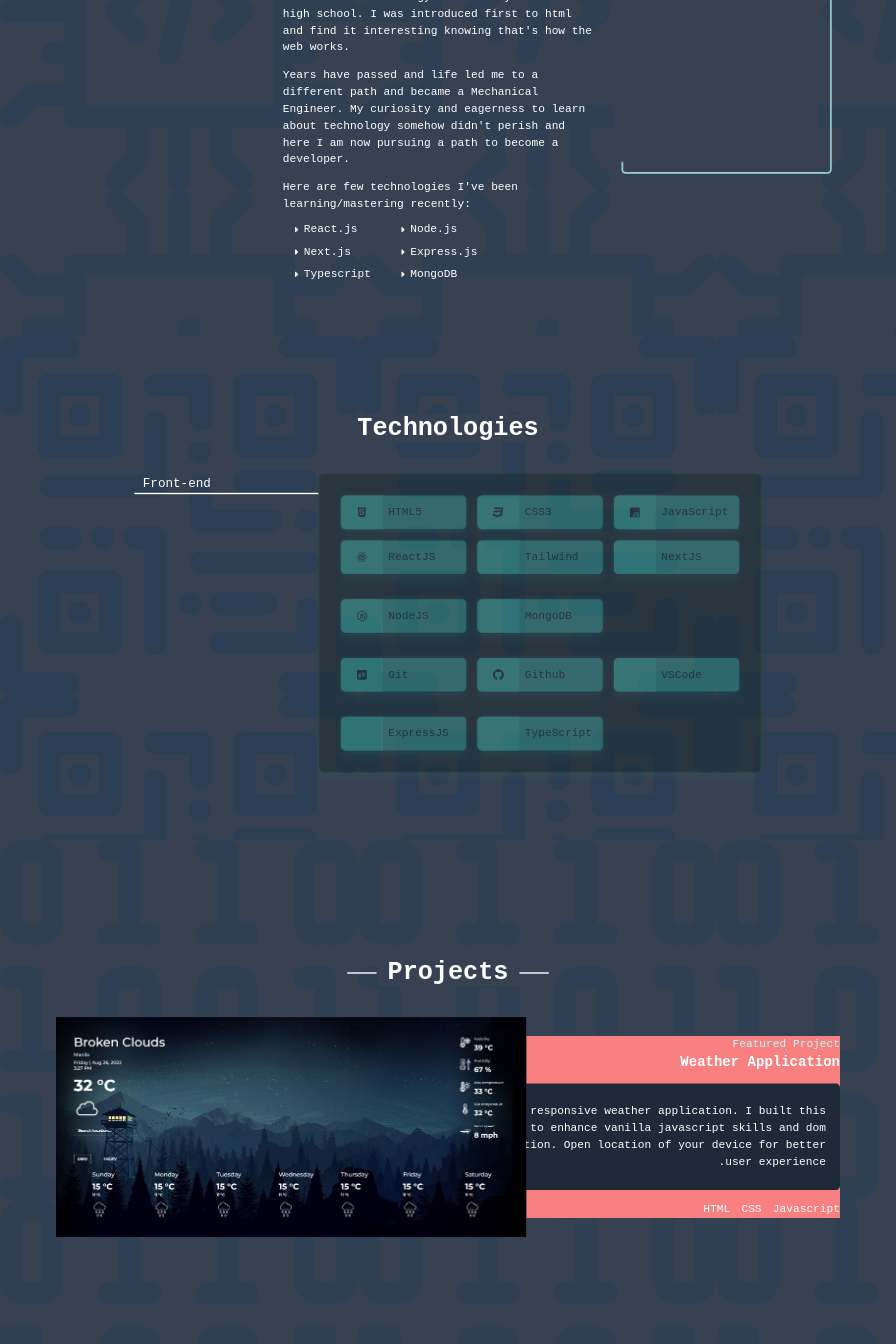
Repository: riandev25/nextjs-portfolio
Page: /
The author's editor kept a copy of each file at every save. The page is drawn from the files as they stood at one save, then again after the next save.
The browser window is 1280 px wide. The pictures show the part of the page from y = 960 to 2880 px (the page is 2880 px tall), at 70% of full size.
Backgrounds fixed to the window are drawn as part of the page. The project was rebuilt for these pictures with package versions that can differ from the ones it lists, and the page was loaded fresh each time. The framework's server and built-in components were replaced by stand-ins that run in the browser. Also part of the build but not shown: next.config.js, components/Home/Keyboard/index.module.css, components/Home/Keyboard/index.jsx.

Above is the page before, as saved 2022-11-12 20:52:25.

### pages/_app.jsx
import Head from 'next/head';
import link from 'next/link';
import '../styles/globals.css';

import Layout from '../components/Layout';
import { ParallaxProvider } from 'react-scroll-parallax';

function MyApp({ Component, pageProps }) {
  return (
    <ParallaxProvider>
      <Head>
        <title>Rian Miguel Engracia</title>
        <meta name='viewport' content='initial-scale=1.0, width=device-width' />
        <link
          rel='apple-touch-icon'
          sizes='180x180'
          href='/apple-touch-icon.png'
        />
        <link
          rel='icon'
          type='image/png'
          sizes='32x32'
          href='/favicon-32x32.png'
        />
        <link
          rel='icon'
          type='image/png'
          sizes='16x16'
          href='/favicon-16x16.png'
        />
        <link rel='manifest' href='/site.webmanifest' />
        <link rel='mask-icon' href='/safari-pinned-tab.svg' color='#5bbad5' />
        <meta name='msapplication-TileColor' content='#2d89ef' />
        <meta name='theme-color' content='#ffffff' />
      </Head>
      <Layout>
        <Component {...pageProps} />
      </Layout>
    </ParallaxProvider>
  );
}

export default MyApp;

### pages/index.jsx
import Head from 'next/head';
import Image from 'next/image';
import Home from '../components/Home/Home';
import { Fragment } from 'react';
import Header from '../components/Header';
import About from '../components/About';
import Technologies from '../components/Technologies';
import Projects from '../components/Projects';

export default function Page() {
  return (
    <Fragment>
      <Header />
      <Home />
      <About />
      <Technologies />
      <Projects title='Projects' />
    </Fragment>
  );
}

### styles/globals.css
@tailwind base;
@tailwind components;
@tailwind utilities;

html,
body {
  padding: 0;
  margin: 0;
  /* font-family: 'Roboto', sans-serif; */
  font-family: monospace, sans-serif;
}

a {
  color: inherit;
  text-decoration: none;
}

* {
  box-sizing: border-box;
}

.image-filter {
  /* filter: invert(93%) sepia(19%) saturate(586%) hue-rotate(121deg)
    brightness(102%) contrast(97%); */
  filter: invert(93%) sepia(69%) saturate(347%) hue-rotate(120deg)
    brightness(104%) contrast(97%);
  opacity: 0.3;
  transition: filter 0.3s, opacity 0.3s;
}

.image-filter:hover {
  filter: none;
  opacity: 1;
}

@media (prefers-color-scheme: dark) {
  html {
    color-scheme: dark;
  }
  body {
    color: white;
    background: black;
  }
}

### components/Layout/index.jsx
import Header from '../Header';
import Email from '../Header/Email';

const Layout = ({ children }) => {
  return (
    <div className='relative w-full h-full bg-gray-700' dir='ltr'>
      <Header />
      <Email />
      {children}
    </div>
  );
};

export default Layout;

### components/Home/Home.jsx
import Link from 'next/link';
import Image from 'next/future/image';
import { useParallax } from 'react-scroll-parallax';
import styles from './index.module.css';
import DevImage from '../../assets/images/dev-image.svg';
import GithubImage from '../../assets/images/github-neon-fill.png';
import LinkedinImage from '../../assets/images/linkedin-neon-fill.png';
import FacebookImage from '../../assets/images/facebook-neon-fill.png';
import Keyboard from './Keyboard';
import { useState } from 'react';

export const images = [
  {
    id: 'github',
    imgSrc: GithubImage,
    link: 'https://github.com/riandev25',
  },
  {
    id: 'linkedin',
    imgSrc: LinkedinImage,
    link: 'https://www.linkedin.com/in/rian-miguel-engracia/',
  },
  {
    id: 'facebook',
    imgSrc: FacebookImage,
    link: 'https://web.facebook.com/rianmiguel.engracia',
  },
  {
    id: 'email',
    email: 'rianengracia@gmail.com',
  },
];

const nameArray = ['I', '&apos;', 'm', ' ', 'R', 'i', 'a', 'n'];
const jobArray = [
  'f',
  'u',
  'l',
  'l',
  ' ',
  's',
  't',
  'a',
  'c',
  'k',
  ' ',
  'd',
  'e',
  'v',
  'e',
  'l',
  'o',
  'p',
  'e',
  'r',
];

const Home = () => {
  const { ref } = useParallax({
    translateY: [-100, 30, 'easeInOut'],
  });
  const [keyboard, setKeyboard] = useState(true);
  return (
    <header className='flex justify-center items-center w-full h-screen px-20 bg-fixed bg-repeat bg-bg_gear_image'>
      <section ref={ref} className='w-4/12 space-y-4'>
        <div className='flex flex-col gap-2.5 place-items-start'>
          <h1 className={`text-xl font-thin text-white ${styles.typingLet}`}>
            Hi there!
          </h1>
          <h1 className='text-6xl font-bold animate-neon_text'>
            I&apos;m Rian Miguel
          </h1>
          <h1 className='text-xl text-white font-bold'>
            <span className='text-xl font-thin'>a</span> Full Stack Developer
          </h1>
        </div>
        <ul className='flex flex-row gap-4'>
          {images.map((item) => {
            if (item.id === 'email') return;
            return (
              <li
                className='block p-3 bg-gray-800 border rounded-lg border-[#b2fcfb] transition-all hover:scale-110'
                key={item.id}
              >
                <Link href={item.link} legacyBehavior>
                  <a className=''>
                    <Image
                      className=''
                      src={item.imgSrc}
                      alt={item.id}
                      width={20}
                      height={20}
                      sizes='5vw'
                    />
                  </a>
                </Link>
              </li>
            );
          })}
        </ul>
      </section>
      <section className='hidden lg:flex max-w-2xl h-full justify-center items-center'>
        <Image
          src={DevImage}
          alt='dev-image'
          width={500}
          height={500}
          sizes='(max-width: 768px) 50vw'
        />
        {/* <Keyboard /> */}
      </section>
    </header>
  );
};

export default Home;

### components/Header/index.jsx
import Logo from '../Logo';
import Navbar from './Navbar';
import { FontAwesomeIcon } from '@fortawesome/react-fontawesome';
import { faBars } from '@fortawesome/free-solid-svg-icons';

const Header = () => {
  return (
    <nav className='px-8 py-1 bg-gray-700 dark:bg-gray-900 fixed w-full z-50 top-0 left-0 border-b shadow-sm border-gray-700 md:px-20 md:py-3 dark:border-gray-600'>
      <div className='flex flex-row justify-between items-center w-full'>
        <section className=''>
          <Logo />
        </section>

        <div className='flex md:order-2'>
          <button
            type='button'
            className='hidden lg:flex bg-transparent text-[#b2fcfb] border border-[#b2fcfb] hover:bg-[#b2fcfb] hover:opacity-40 transition-all font-medium rounded-lg text-sm px-5 py-2.5 text-center mr-3 md:mr-0 dark:bg-blue-600 dark:hover:bg-blue-700 dark:focus:ring-blue-800'
          >
            Get started
          </button>
          <button
            data-collapse-toggle='navbar-sticky'
            type='button'
            className='cursor-pointer inline-flex items-center p-2 text-sm bg-white rounded-lg md:hidden hover:bg-gray-400 focus:outline-none focus:ring-2 focus:ring-gray-200 dark:text-gray-400 dark:hover:bg-gray-700 dark:focus:ring-gray-600'
            aria-controls='navbar-sticky'
            aria-expanded='false'
          >
            <span className='sr-only'>Open main menu</span>
            <FontAwesomeIcon icon={faBars} className='text-gray-800' />
          </button>
        </div>
        <Navbar />
      </div>
    </nav>
  );
};

export default Header;

### components/About/index.jsx
import Image from 'next/future/image';
import PageHeader from '../PageHeader';
import { FontAwesomeIcon } from '@fortawesome/react-fontawesome';
import { faCaretRight } from '@fortawesome/free-solid-svg-icons';
import ProgrammerImage from '../../assets/images/programmer.jpg';
import { useParallax } from 'react-scroll-parallax';

const technologies = [
  'React.js',
  'Node.js',
  'Next.js',
  'Express.js',
  'Typescript',
  'MongoDB',
];

const About = () => {
  return (
    <div className='pt-4 w-full h-screen flex flex-col gap-11 justify-center items-center text-white px-20 bg-bg_chip_image bg-fixed'>
      <PageHeader title='About me' />
      <div className='max-w-3xl flex flex-row gap-6'>
        <section className='max-w-md flex flex-col gap-4'>
          <p>
            Hi! I am Rian Miguel Engracia, a Registered Mechanical Engineer in
            the Philippines. My interest in technology started way back in high
            school. I was introduced first to html and find it interesting
            knowing that&apos;s how the web works.
          </p>
          <p>
            Years have passed and life led me to a different path and became a
            Mechanical Engineer. My curiosity and eagerness to learn about
            technology somehow didn&apos;t perish and here I am now pursuing a
            path to become a{' '}
            <span className='text-[neon-green] no-underline decoration-[neon-green] underline-offset-4 decoration-2 hover:underline'>
              developer
            </span>
            .
          </p>
          <div className='flex flex-col gap-3'>
            <p>
              Here are few technologies I&apos;ve been learning/mastering
              recently:
            </p>
            <ul className='grid grid-cols-3 gap-2'>
              {technologies.map((item, i) => {
                return (
                  <li
                    key={item}
                    className={`${(i + 1) % 2 === 0 ? 'col-span-2' : ''}
                    } flex justify-start items-center gap-2 pl-4`}
                  >
                    <FontAwesomeIcon icon={faCaretRight} className='w-1.5' />
                    <span className=''>{item}</span>
                  </li>
                );
              })}
            </ul>
          </div>
        </section>
        <section className='relative'>
          <div className='absolute z-20 w-[295px] h-[295px] bg-gray-700'></div>
          <Image
            className='relative z-30 rounded-md image-filter bg-[#b2fcfb] border-2 peer'
            src={ProgrammerImage}
            alt='developer'
            width={300}
            height={300}
            priority='false'
            sizes='(max-width: 768px) 100vw, 50vw'
          />
          <div className='absolute top-0 left-0 w-[300px] h-[300px] bg-transparent border-2 border-[#b2fcfb] transition-duration-300 delay-300 ease-in-out translate-x-3 translate-y-3 z-10 rounded-md peer-hover:translate-x-2 peer-hover:translate-y-2 '></div>
        </section>
      </div>
    </div>
  );
};

export default About;

### components/Projects/index.jsx
import Link from 'next/link';
import Image from 'next/future/image';
import PageHeader from '../PageHeader';
import WeatherImage from '../../assets/images/weather-app.png';
import { FontAwesomeIcon } from '@fortawesome/react-fontawesome';
import { faGithubAlt } from '@fortawesome/free-brands-svg-icons';
import { faSquareArrowUpRight } from '@fortawesome/free-solid-svg-icons';
import Links from './Links';

const TECH_WEATHER = ['HTML', 'CSS', 'Javascript'];
const WEATHER = [
  {
    id: 1,
    icon: faGithubAlt,
    link: 'https://riandev25.github.io/js-weather-app/dist/',
  },
  {
    id: 2,
    icon: faSquareArrowUpRight,
    link: 'https://riandev25.github.io/js-weather-app/dist/',
  },
];

const Projects = () => {
  return (
    <div className='pt-4 flex flex-col w-full h-screen gap-11 justify-center items-center text-white px-20 bg-bg_binary_image bg-fixed'>
      <PageHeader title='Projects' />
      <div className='flex flex-row justify-center items-center'>
        <section className='relative w-3/5 flex-1 flex'>
          <Image
            src={WeatherImage}
            alt='weather-app'
            fill
            className='object-cover w-7/12'
          />
        </section>
        <section
          className='w-[28rem] overflow-visible bg-red-400 space-y-4'
          dir='rtl'
        >
          <div className='flex flex-col justify-end items-end' dir='ltr'>
            <h2 className='text-neon text-right'>Featured Project</h2>
            <h1 className='text-xl font-bold text-right'>
              Weather Application
            </h1>
          </div>
          <div className='w-[35rem] bg-gray-800 p-7 pr-5 rounded-md'>
            <p className='text-right'>
              A fully responsive weather application. I built this project to
              enhance vanilla javascript skills and dom manipulation. Open
              location of your device for better user experience.
            </p>
          </div>
          <ul
            className='flex flex-row justify-end items-center gap-4'
            dir='ltr'
          >
            {TECH_WEATHER.map((item) => {
              return <li key={item}>{item}</li>;
            })}
          </ul>
          <Links array={WEATHER} />
        </section>
      </div>
    </div>
  );
};

export default Projects;

### components/Header/Email.jsx
import Link from 'next/link';
import Image from 'next/image';
import { images } from '../Home/Home';

const Email = () => {
  return (
    <aside className='fixed bottom-64 right-0'>
      <div className='flex justify-center items-center relative rotate-90'>
        <Link href='' legacyBehavior>
          <a className='z-50 transition-all text-[#b2fcfb] bg-gray-700 px-2 hover:text-[#68fffc] hover:scale-110'>
            rianengracia@gmail.com
          </a>
        </Link>
        <div className='w-96 bg-[#b2fcfb] absolute top-1/2 left-0 h-px'></div>
      </div>
    </aside>
  );
};

export default Email;

### components/Home/index.module.css
.typingLet {
  width: 134px;
  animation: typing 2s steps(12), blink 0.5s step-end infinite alternate;
  white-space: nowrap;
  overflow: hidden;
  border-right: 3px solid;
  font-family: monospace;
  font-size: 2em;
}

@keyframes typing {
  from {
    width: 0;
  }
}

@keyframes blink {
  50% {
    border-color: transparent;
  }
}

### components/Logo/index.jsx
import Image from 'next/future/image';
import LogoImage from '../../assets/images/logo.svg';
import LogoDark from '../../assets/images/logo-dark.svg';
import LogoLight from '../../assets/images/logo-light.svg';
import {
  faAngleLeft,
  faGear,
  faforward,
} from '@fortawesome/free-solid-svg-icons';
import { FontAwesomeIcon } from '@fortawesome/react-fontawesome';

const Logo = () => {
  return (
    <div className='flex items-center relative'>
      <Image
        src={LogoImage}
        alt='logo'
        width={185}
        height={55}
        className='hidden md:flex'
        sizes='(max-width: 768px) 15vw'
      />
      {/* <Image
        src={LogoLight}
        alt='logo-light'
        width={50}
        height={50}
        className='flex md:hidden'
        sizes='(max-width: 768px) 15vw'
      /> */}
    </div>
  );
};

export default Logo;

### components/Header/Navbar.jsx
import Link from 'next/link';

const Navbar = () => {
  const data = [
    {
      id: 'Home',
    },
    {
      id: 'About',
    },
    {
      id: 'Technologies',
    },
    {
      id: 'Projects',
    },
  ];
  return (
    <div
      className='hidden absolute top-0 right-0 justify-between items-center w-full md:flex md:relative md:w-auto md:order-1'
      id='navbar-sticky'
    >
      <ul className='flex flex-col justify-center items-center flex-auto rounded-lg md:justify-between md:flex-row md:space-x-12 md:p-2 md:mt-0 md:text-sm md:font-medium md:border-0 dark:bg-gray-800 md:dark:bg-gray-900 dark:border-gray-700'>
        {data.map((item) => {
          return (
            <li key={item.id} className='relative group'>
              <Link href={item.id}>
                <a
                  className='block py-2 px-1 text-base font-extralight text-white dark:text-white'
                  // aria-current='page'
                >
                  {item.id}
                </a>
              </Link>

              <span className='z-50 absolute bottom-1.5 w-0 h-[1px] bg-white transition-all md:group-hover:w-full'></span>
            </li>
          );
        })}
      </ul>
    </div>
  );
};

export default Navbar;

### components/PageHeader/index.jsx
const PageHeader = ({ title }) => {
  return (
    <div className='relative overflow-visible flex justify-center items-center'>
      <h1 className='relative z-10 w-full text-4xl font-bold flex flex-start bg-gray-700 px-4 animate-neon_text'>
        {title}
      </h1>
      <span className='absolute top-1/2 w-72 h-0.5 bg-white animated-neon_bg'></span>
    </div>
  );
};

export default PageHeader;

### components/Projects/Links.jsx
import Link from 'next/link';
import { FontAwesomeIcon } from '@fortawesome/react-fontawesome';

const Links = ({ array }) => {
  array.map((item) => {
    return (
      <ul key={item.id} className='flex flex-row'>
        <li>
          <Link href={item.link} passHref>
            <a>
              <FontAwesomeIcon icon={item.icon} className='text-white w-3' />
            </a>
          </Link>
        </li>
      </ul>
    );
  });
};

export default Links;

// 'https://riandev25.github.io/js-weather-app/dist/'

Loaded but not shown: tailwind.config.js (60 lines, source omitted); pages/_document.js (24 lines, source omitted); components/Technologies/index.jsx (206 lines, source omitted)

After the next save:
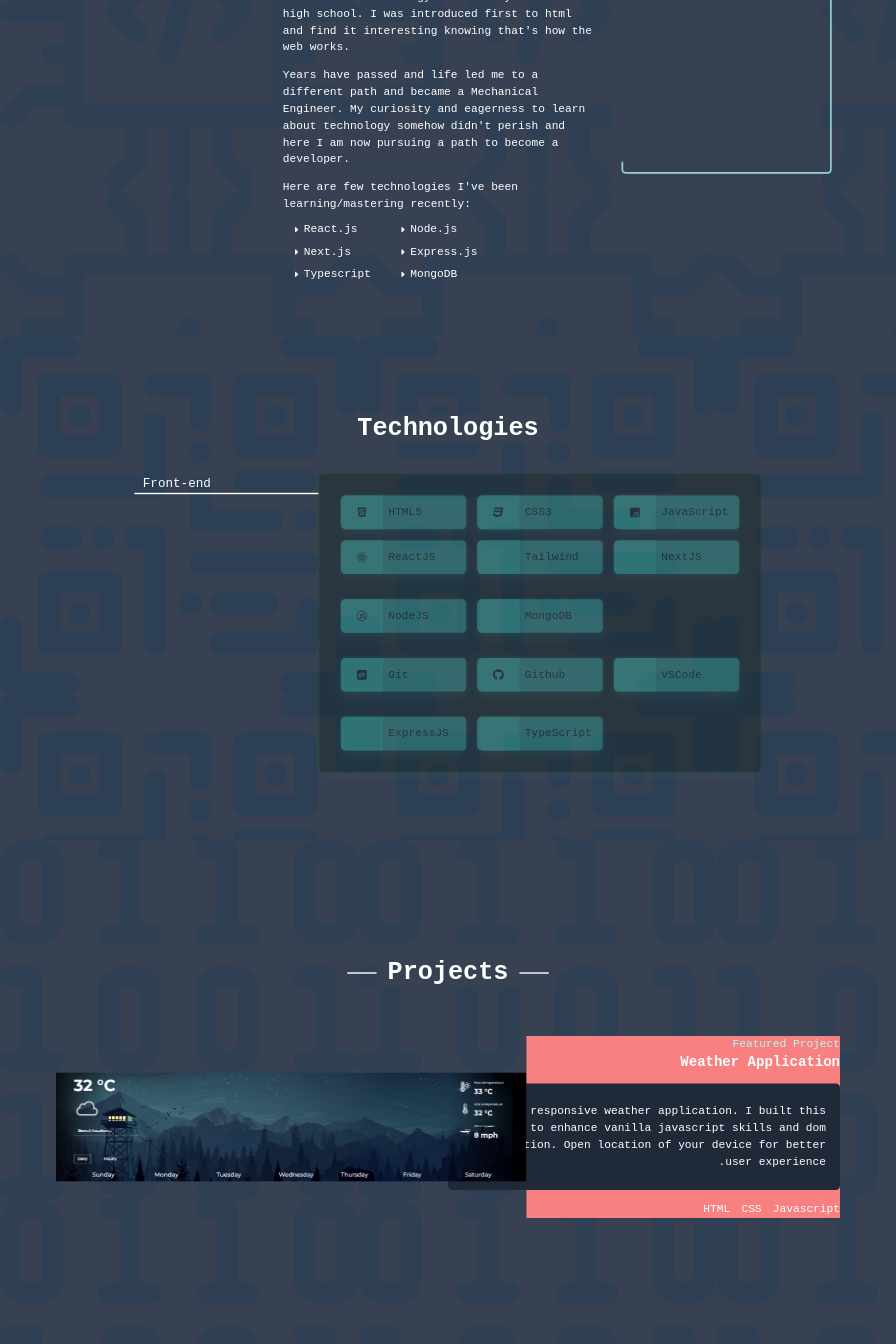
Saved 30 s later.
--- a/components/Projects/index.jsx
+++ b/components/Projects/index.jsx
@@ -26,7 +26,7 @@ const Projects = () => {
     <div className='pt-4 flex flex-col w-full h-screen gap-11 justify-center items-center text-white px-20 bg-bg_binary_image bg-fixed'>
       <PageHeader title='Projects' />
       <div className='flex flex-row justify-center items-center'>
-        <section className='relative w-3/5 flex-1 flex'>
+        <section className='relative w-3/5 h-2/4 flex-1 flex'>
           <Image
             src={WeatherImage}
             alt='weather-app'
